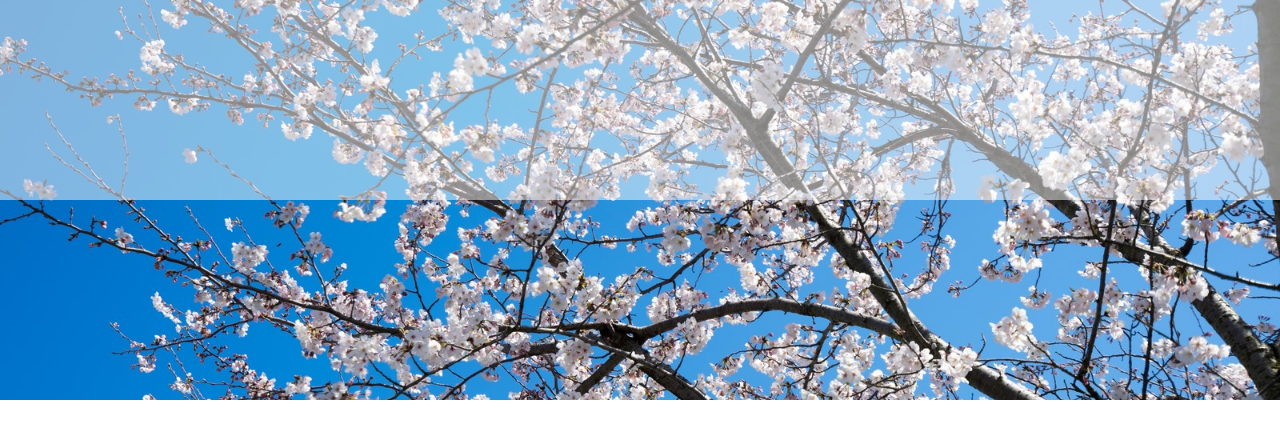
Repository: pooh0721/-
Page: sample6/chapter6.html
The author's editor kept a record of every edit. The page is drawn from the files as they stood at one moment, then again after the next edit.
The browser window is 1280 px wide. The pictures show the whole page.

Above is the page before.

After the next edit:
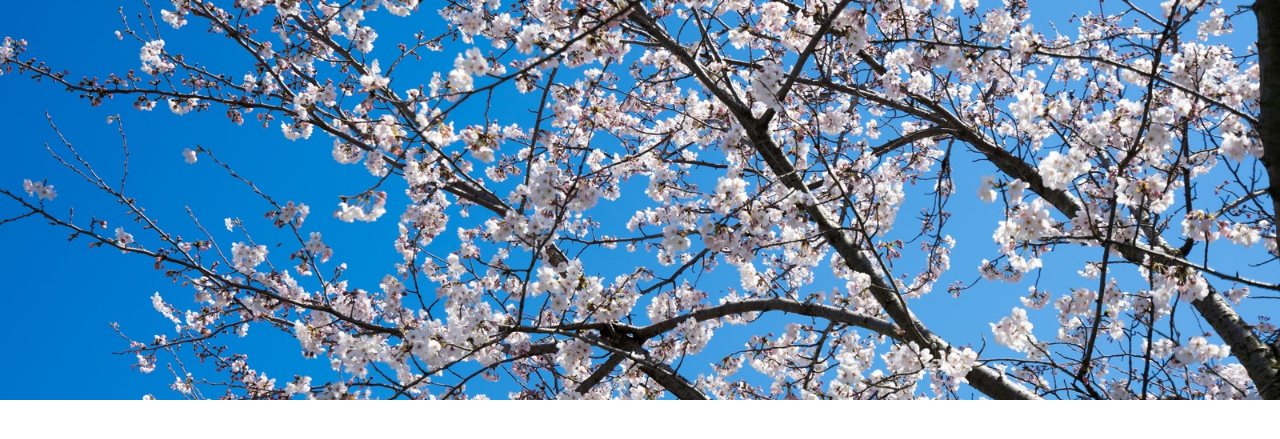
The edit:
--- a/sample6/chapter6.html
+++ b/sample6/chapter6.html
@@ -9,10 +9,7 @@
 
   <body>
 
-      <div class=img1>
-        <div class="content"></div>
-
-      </div>
+      <div class=img1></div>
       <div class=img2></div>
       <div class=img3></div>
 
